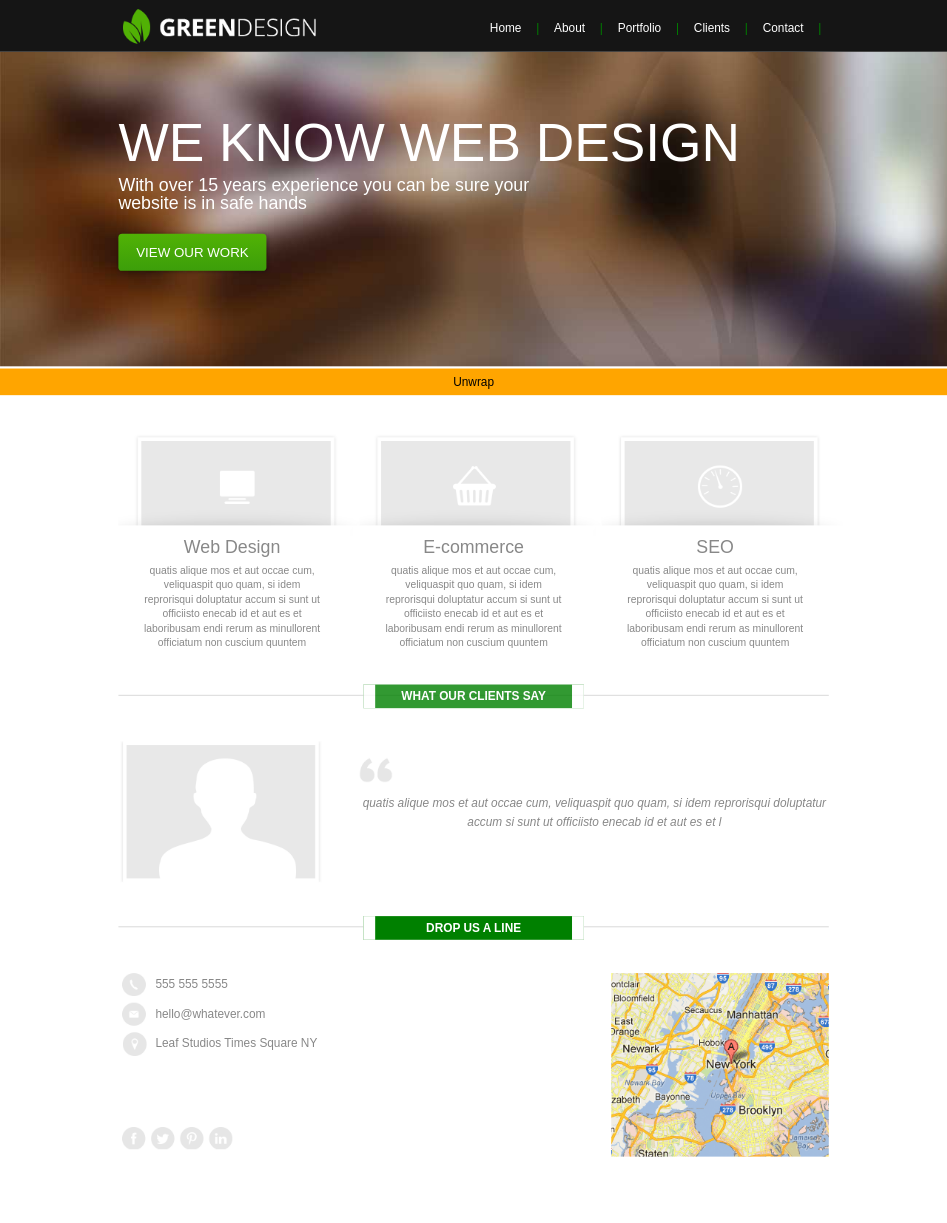
Repository: prathmeshgodbole/Javascript
Page: Basics/Jquery/index.html
The author's editor kept a copy of each file at every save. The page is drawn from the files as they stood at one save, then again after a run of saves.
The browser window is 1280 px wide. The pictures show the whole page, at 74% of full size.
After loading, the first visible `h2` was clicked once.

Above is the page before, as saved 2020-08-09 11:30:27.

### Basics/Jquery/index.html
<!DOCTYPE html>
<html>

<head>
    <title>Green Design</title>
    <link href="style.css" rel="stylesheet" type="text/css">
    <script src="scripts/jquery-3.5.1.js"></script>
    <!-- <script src="scripts/event_binding.js"></script> -->
    <script src="scripts/animation.js"></script>
</head>

<body>

    <header>
        <div class="wrapper">
            <h1 id="logo">Green Design</h1>
            <nav>
                <h2>Main Navigation</h2>
                <ul>
                    <li><a href="">Home</a><span>|</span></li>
                    <li><a href="">About</a><span>|</span></li>
                    <li><a href="">Portfolio</a><span>|</span></li>
                    <li><a href="">Clients</a><span>|</span></li>
                    <li><a href="">Contact</a><span>|</span></li>
                </ul>
            </nav>
        </div>
    </header>

    <div id="lead-banner">
        <img src="images/banner.jpg" alt="lead banner">
        <div class="banner-overlay">
            <div class="wrapper">
                <div class="banner-title">We Know Web Design</div>
                <p>With over 15 years experience you can be sure your website is in safe hands</p>
                <a href="">View Our Work</a>
            </div>
        </div>
    </div>

    <div id="main-content">
        <div class="button" style="padding:10px;text-align:center;background:orange;">Unwrap
        </div>
        <div class="wrapper">
            <!-- <section id="points-of-sale" style="height: 0;overflow: hidden;"> -->
            <section id="points-of-sale">
                <h2>Points of Sale</h2>
                <ul>
                    <li>
                        <img src="images/cs-1.png" alt="web design">
                        <h3>Web Design</h3>
                        <p>quatis alique mos et aut occae cum, veliquaspit quo quam, si idem reprorisqui doluptatur accum si sunt ut officiisto enecab id et aut es et laboribusam endi rerum as minullorent officiatum non cuscium quuntem</p>
                    </li>
                    <li>
                        <img src="images/cs-2.png" alt="e-commerce">
                        <h3>E-commerce</h3>
                        <p>quatis alique mos et aut occae cum, veliquaspit quo quam, si idem reprorisqui doluptatur accum si sunt ut officiisto enecab id et aut es et laboribusam endi rerum as minullorent officiatum non cuscium quuntem</p>
                    </li>
                    <li>
                        <img src="images/cs-3.png" alt="seo">
                        <h3>SEO</h3>
                        <p>quatis alique mos et aut occae cum, veliquaspit quo quam, si idem reprorisqui doluptatur accum si sunt ut officiisto enecab id et aut es et laboribusam endi rerum as minullorent officiatum non cuscium quuntem</p>
                    </li>
                </ul>
            </section>

            <section id="clients">
                <h2>What Our Clients Say</h2>
                <img src="images/head.png" alt="quote">
                <blockquote>quatis alique mos et aut occae cum, veliquaspit quo quam, si idem reprorisqui doluptatur accum si sunt ut officiisto enecab id et aut es et l</blockquote>
            </section>

            <section id="contact">
                <h2>Drop Us A Line</h2>
                <ul id="contact-methods">
                    <li>555 555 5555</li>
                    <li>hello@whatever.com</li>
                    <li>
                        <span>Leaf Studios</span>
                        <span>Times Square</span>
                        <span>NY</span>
                    </li>
                </ul>

                <img src="images/map.png" alt="map">

                <ul id="social-nav">
                    <li class="facebook"><a href="">Facebook</a></li>
                    <li class="twitter"><a href="">Twitter</a></li>
                    <li class="pinterest"><a href="">Pinterest</a></li>
                    <li class="linked-in"><a href="">Linked In</a></li>
                </ul>

            </section>
        </div>

    </div>
    <!-- <script src="scripts/jquery-3.5.1.js"></script> -->
    <!-- <script src="scripts/selector.js"></script> -->
    <!-- <script src="scripts/filter.js"></script> -->
    <!-- <script src="scripts/Travers_DOM.js"></script> -->
    <!-- <script src="scripts/adding-content.js"></script> -->
    <!-- <script src="scripts/wrap_unwrap.js"></script> -->
    <!-- <script src="scripts/remove.js"></script> -->
    <!-- <script src="scripts/changing_attr.js"></script> -->
    <!-- <script src="scripts/css_jQuery.js"></script> -->
    <!-- <script src="scripts/Add_Remove_class.js"></script> -->
    <!-- <script src="scripts/event_binding.js"></script> -->

</body>

</html>

### Basics/Jquery/style.css
html,
body,
div,
span,
object,
iframe,
h1,
h2,
h3,
h4,
h5,
h6,
p,
blockquote,
pre,
abbr,
address,
cite,
code,
del,
dfn,
em,
img,
ins,
kbd,
q,
samp,
small,
strong,
sub,
sup,
var,
b,
i,
dl,
dt,
dd,
ol,
ul,
li,
fieldset,
form,
label,
legend,
table,
caption,
tbody,
tfoot,
thead,
tr,
th,
td,
article,
aside,
canvas,
details,
figcaption,
figure,
footer,
header,
hgroup,
menu,
nav,
section,
summary,
time,
mark,
audio,
video {
    margin: 0;
    padding: 0;
    border: 0;
    outline: 0;
    font-size: 100%;
    vertical-align: baseline;
    background: transparent;
    font-family: arial;
}

body {
    line-height: 1;
}

article,
aside,
details,
figcaption,
figure,
footer,
header,
hgroup,
menu,
nav,
section {
    display: block;
}

nav ul {
    list-style: none;
}

blockquote,
q {
    quotes: none;
}

blockquote:before,
blockquote:after,
q:before,
q:after {
    content: '';
    content: none;
}

a {
    margin: 0;
    padding: 0;
    font-size: 100%;
    vertical-align: baseline;
    background: transparent;
}


/* change colours to suit your needs */

ins {
    background-color: #ff9;
    color: #000;
    text-decoration: none;
}


/* change colours to suit your needs */

mark {
    background-color: #ff9;
    color: #000;
    font-style: italic;
    font-weight: bold;
}

del {
    text-decoration: line-through;
}

abbr[title],
dfn[title] {
    border-bottom: 1px dotted;
    cursor: help;
}

table {
    border-collapse: collapse;
    border-spacing: 0;
}


/* change border colour to suit your needs */

hr {
    display: block;
    height: 1px;
    border: 0;
    border-top: 1px solid #cccccc;
    margin: 1em 0;
    padding: 0;
}

input,
select {
    vertical-align: middle;
}


/*//////////// end css reset //////////*/

.wrapper {
    width: 100%;
    max-width: 960px;
    margin: 0 auto;
}

header {
    background: #151515;
}

header:after {
    content: "";
    display: block;
    clear: both;
}

#logo {
    background: url(images/logo.png) no-repeat;
    height: 70px;
    width: 280px;
    float: left;
    text-indent: -10000px;
}

header nav {
    float: right;
    margin-top: 30px;
    margin-right: 10px;
}

header nav a {
    color: #fff;
    text-decoration: none;
    font-family: arial;
}

header nav h2 {
    height: 0;
    text-indent: -10000px;
}

header nav li {
    float: left;
    margin-left: 20px;
}

header nav span {
    color: green;
    margin-left: 20px;
}

#lead-banner img {
    width: 100%;
}

#lead-banner {
    max-height: 440px;
    overflow: hidden;
    position: relative;
}

.banner-overlay {
    position: absolute;
    top: 20%;
    width: 100%;
}

.banner-title {
    color: #fff;
    text-transform: uppercase;
    font-size: 72px;
}

#lead-banner p {
    color: #fff;
    font-size: 24px;
    max-width: 600px;
    margin-top: 10px;
}

#lead-banner a {
    /* Permalink - use to edit and share this gradient: http://colorzilla.com/gradient-editor/#51b205+0,3c9e0a+100 */
    background: #51b205;
    /* Old browsers */
    background: -moz-linear-gradient(top, #51b205 0%, #3c9e0a 100%);
    /* FF3.6+ */
    /*7-8-2020 background: -webkit-gradient(linear, left top, left bottom, color-stop(0%, #51b205), color-stop(100%, #3c9e0a)); */
    /* Chrome,Safari4+ */
    background: -webkit-linear-gradient(top, #51b205 0%, #3c9e0a 100%);
    /* Chrome10+,Safari5.1+ */
    background: -o-linear-gradient(top, #51b205 0%, #3c9e0a 100%);
    /* Opera 11.10+ */
    /* 7-8-2020 background: -ms-linear-gradient(top, #51b205 0%, #3c9e0a 100%); */
    /* IE10+ */
    background: linear-gradient(to bottom, #51b205 0%, #3c9e0a 100%);
    /* W3C */
    /* 7-8-2020 filter: progid: DXImageTransform.Microsoft.gradient( startColorstr='#51b205', endColorstr='#3c9e0a', GradientType=0); */
    /* IE6-9 */
    color: #fff;
    display: block;
    width: 200px;
    font-size: 18px;
    text-align: center;
    padding: 16px 0;
    text-decoration: none;
    border-radius: 5px;
    text-transform: uppercase;
    margin-top: 30px;
    box-shadow: 1px 1px 6px rgba(0, 0, 0, 0.4);
}

section {
    margin: 40px 0 60px;
}

section:after {
    content: "";
    display: block;
    clear: both;
}

section#points-of-sale ul {
    list-style-type: none;
}

#points-of-sale h2 {
    height: 0;
    text-indent: -10000px;
}

#points-of-sale li {
    float: left;
    width: 32%;
}

#points-of-sale li:nth-child(2) {
    margin: 0 2%;
}

#points-of-sale li h3 {
    text-align: center;
    color: #888;
    font-size: 24px;
    font-weight: normal;
    margin-bottom: 10px;
}

#points-of-sale p {
    text-align: center;
    width: 80%;
    margin: 0 10%;
    font-size: 14px;
    color: #888;
    line-height: 1.4em;
}

#clients,
#contact {
    border-top: 1px solid #ccc;
    padding-top: 30px
}

#clients h2,
#contact h2 {
    background: green;
    color: #fff;
    padding: 8px;
    text-align: center;
    width: 250px;
    text-transform: uppercase;
    position: relative;
    top: -45px;
    margin: 0 auto;
    border-left: 16px solid #fff;
    border-right: 16px solid #fff;
}

#clients img {
    float: left;
    width: 30%;
}

#clients blockquote {
    float: right;
    width: 66%;
    margin-top: 20px;
    text-align: center;
    font-style: italic;
    line-height: 1.6em;
    color: #888;
    padding-top: 50px;
    background: url(images/quote.png) no-repeat top left;
}

#contact-methods {
    float: left;
}

#contact-methods li {
    list-style-type: none;
    color: #888;
    line-height: 30px;
    clear: left;
}

#contact-methods li:before {
    content: "";
    display: block;
    width: 40px;
    height: 40px;
    float: left;
    margin-right: 10px;
    background: url(images/logo-sprite.png) no-repeat;
}

#contact-methods li:nth-child(1):before {
    background-position: -158px 0;
}

#contact-methods li:nth-child(2):before {
    background-position: -198px 0;
}

#contact-methods li:nth-child(3):before {
    background-position: -238px 0;
}

#contact img {
    float: right;
}

#social-nav {
    clear: both;
    position: relative;
    top: -40px;
}

#social-nav li {
    list-style-type: none;
    float: left;
    width: 40px;
    height: 30px;
    background: url(images/logo-sprite.png) no-repeat;
    text-indent: -10000px;
}

#social-nav li:nth-child(2) {
    background-position: -40px 0;
}

#social-nav li:nth-child(3) {
    background-position: -80px 0;
}

#social-nav li:nth-child(4) {
    background-position: -120px 0;
}

#social-nav a {
    display: block;
    width: 100%;
    height: 100%;
}

.open {
    height: auto !Important;
}

### Basics/Jquery/scripts/animation.js
$(document).ready(function() {
    // function ready() {
    //     alert("Animation Complete");
    // }
    // $("section > h2").on("click", function() {
    //     $(this).animate({ "width": "300px", "height": "200px" }, 1000, "swing", ready);
    //
    // });

    //fadeIn(),fadeOut(),fadeTo()
    $("section > h2").on("click", function() {
        // $(this).fadeOut(2000).fadeIn(500);
        $(this).fadeTo(200, 0.3)
            .fadeTo(200, 0.8)
            .fadeTo(200, 0.3)
            .fadeTo(200, 0.8);

    });
});

Loaded but not shown: Basics/Jquery/scripts/jquery-3.5.1.js (library)

After the next 2 saves:
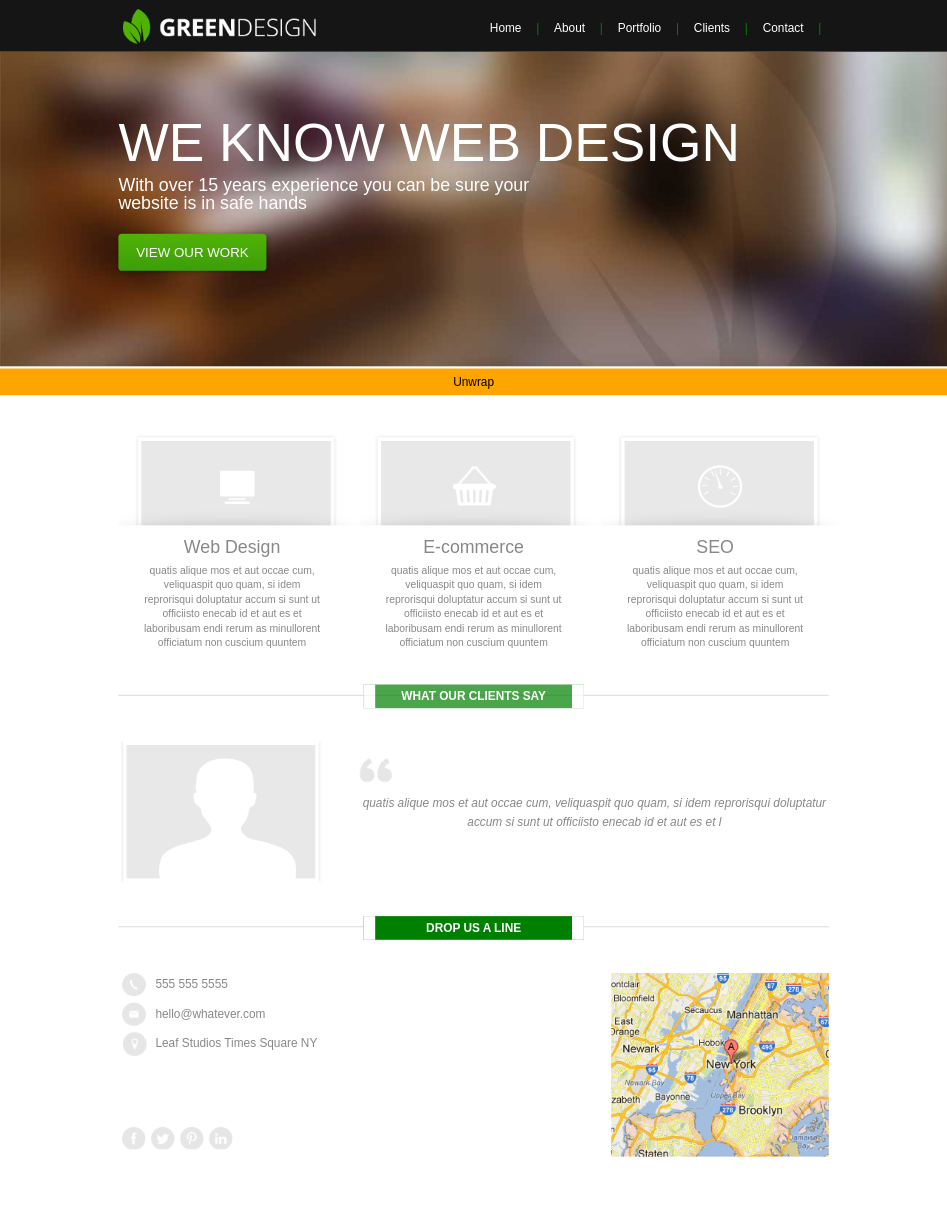
The 2 saves are shown as one change because they came seconds apart.
The last was saved 14 s later.
--- a/Basics/Jquery/scripts/animation.js
+++ b/Basics/Jquery/scripts/animation.js
@@ -11,9 +11,9 @@ $(document).ready(function() {
     $("section > h2").on("click", function() {
         // $(this).fadeOut(2000).fadeIn(500);
         $(this).fadeTo(200, 0.3)
-            .fadeTo(200, 0.8)
+            .fadeTo(200, 0.7)
             .fadeTo(200, 0.3)
-            .fadeTo(200, 0.8);
+            .fadeTo(200, 0.7);
 
     });
 });
